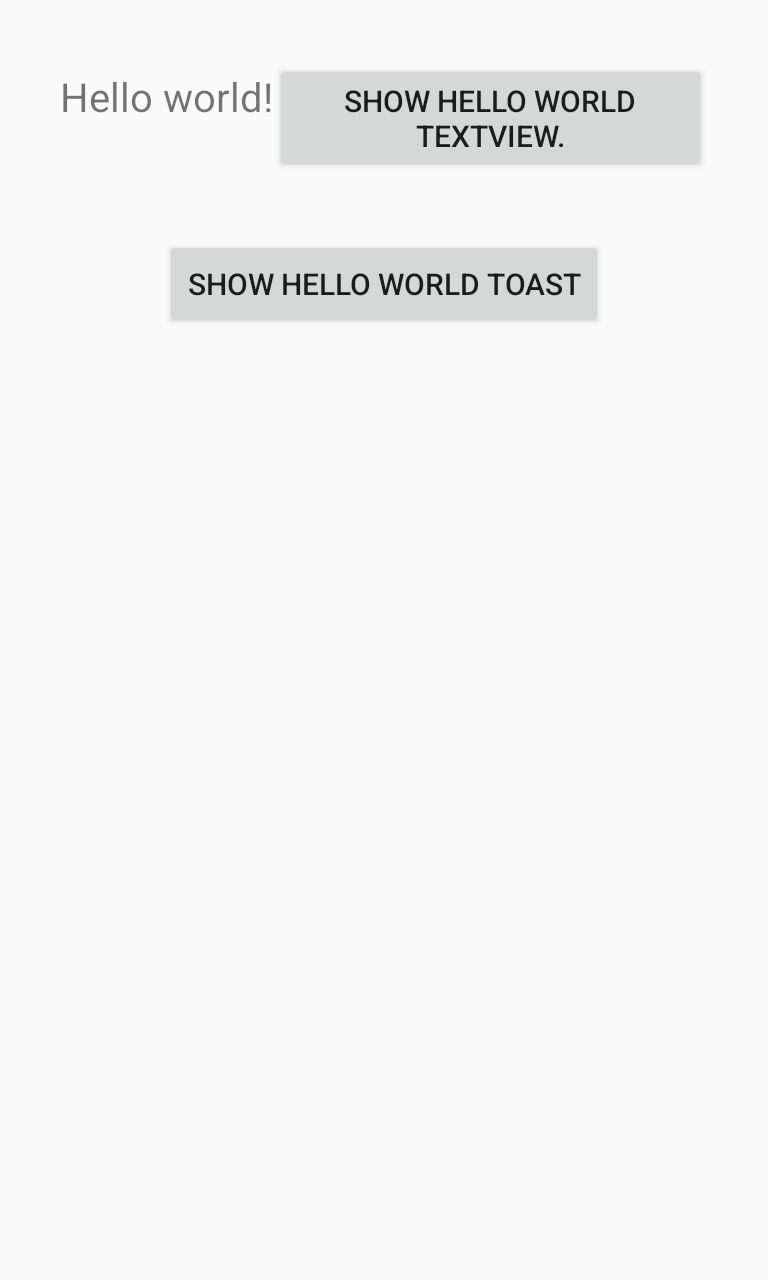
Repository: JoanneCaroll/EventHandling
Layout: EventHandling/res/layout/activity_main.xml
The author's editor kept a copy of each file at every save. The layout is drawn from the files as they stood at one save, then again after the next save.
It is drawn on a 768 x 1280 px phone screen (xhdpi) without system bars, with theme AppTheme; the app's code is not run.

Above is the layout before, as saved 2014-10-28 07:03:10.

### EventHandling/res/layout/activity_main.xml
<LinearLayout xmlns:android="http://schemas.android.com/apk/res/android"
    xmlns:tools="http://schemas.android.com/tools"
    android:layout_width="match_parent"
    android:layout_height="match_parent"
    android:orientation="vertical">

    <LinearLayout
            android:layout_width="match_parent"
		    android:layout_height="wrap_content"
		    android:orientation="horizontal"
		    android:padding="30dp">

	    <TextView
	        android:id="@+id/hello_world"
	        android:layout_width="wrap_content"
	        android:layout_height="wrap_content"
	        android:text="@string/hello_world"
	        android:textSize="20dp"/>

        <Button
	        android:id="@+id/showText"
	        android:layout_width="wrap_content"
	        android:layout_height="wrap_content"
	        android:text="@string/show"
	        android:textSize="15dp"/>



    </LinearLayout>

       <Button
           	android:layout_gravity="center"
	        android:id="@+id/showToast"
	        android:layout_width="wrap_content"
	        android:layout_height="wrap_content"
	        android:text="@string/showToast"
	        android:textSize="15dp"/>

</LinearLayout>

### EventHandling/res/values/strings.xml
<?xml version="1.0" encoding="utf-8"?>
<resources>

    <string name="app_name">EventHandling</string>
    <string name="hello_world">Hello world!</string>
    <string name="show">Show Hello World TextView.</string>
	<string name="showToast">Show Hello World Toast</string>
	<string name="action_settings">Menu</string>
</resources>

Loaded but not shown: EventHandling/res/values/styles.xml (common file); EventHandling/res/values-v11/styles.xml (common file); EventHandling/res/values-v14/styles.xml (common file)

After the next save:
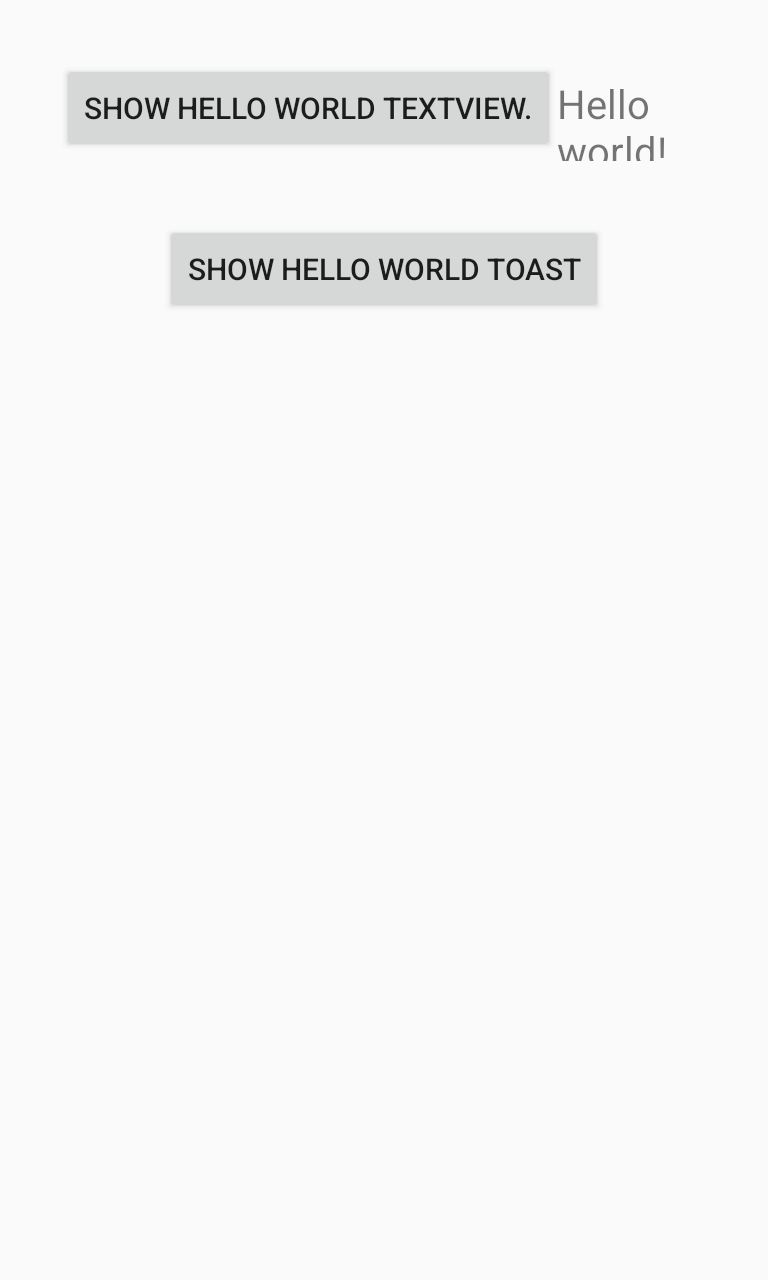
Saved 16 s later.
--- a/EventHandling/res/layout/activity_main.xml
+++ b/EventHandling/res/layout/activity_main.xml
@@ -10,6 +10,13 @@
 		    android:orientation="horizontal"
 		    android:padding="30dp">
 
+	    <Button
+	        android:id="@+id/showText"
+	        android:layout_width="wrap_content"
+	        android:layout_height="wrap_content"
+	        android:text="@string/show"
+	        android:textSize="15dp"/>
+
 	    <TextView
 	        android:id="@+id/hello_world"
 	        android:layout_width="wrap_content"
@@ -17,12 +24,6 @@
 	        android:text="@string/hello_world"
 	        android:textSize="20dp"/>
 
-        <Button
-	        android:id="@+id/showText"
-	        android:layout_width="wrap_content"
-	        android:layout_height="wrap_content"
-	        android:text="@string/show"
-	        android:textSize="15dp"/>
 
 
 
